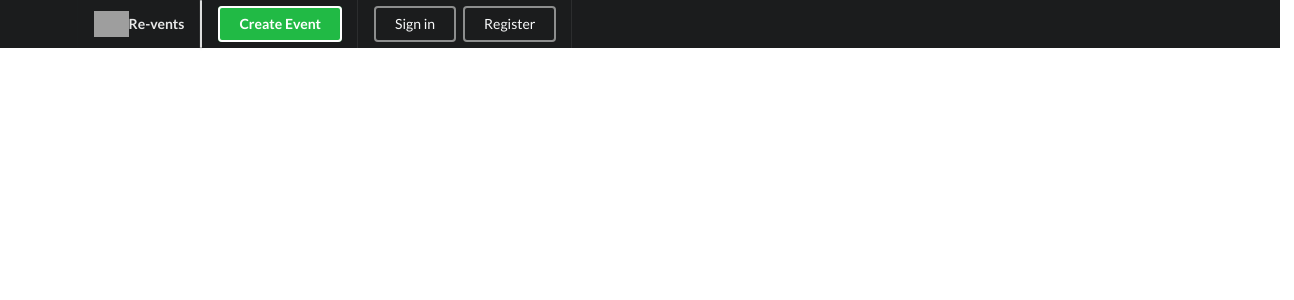
Repository: Preranabaruah/react-semantic-ui
Page: /
The author's editor kept a copy of each file at every save. The page is drawn from the files as they stood at one save, then again after the next save.
The browser window is 1280 px wide. The page is 1294 px wide, so the pictures cover 1294 px, including what lies to the right of the window. The pictures show the whole page.
Pictures or frames that could not be fetched are drawn as grey boxes. The project was rebuilt for these pictures with package versions that can differ from the ones it lists, and the page was loaded fresh each time. Also part of the build but not shown: vite.config.ts.

Above is the page before, as saved 2023-09-08 13:24:33.

After the next save:
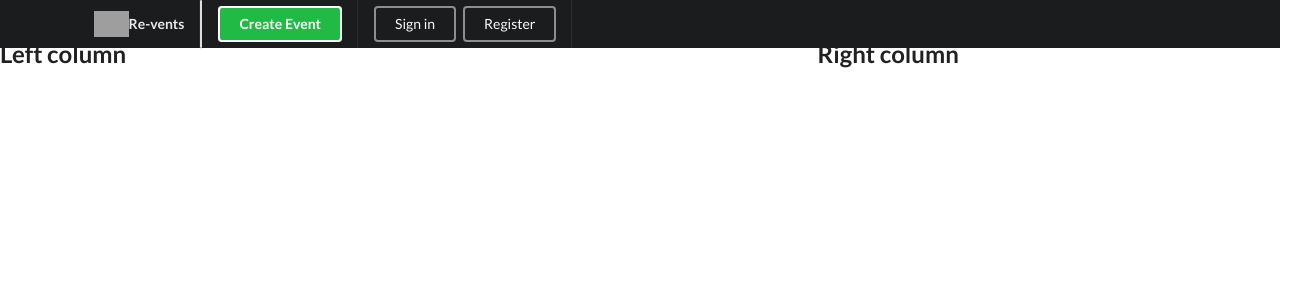
Saved 18 s later.
--- a/src/App.tsx
+++ b/src/App.tsx
@@ -5,8 +5,8 @@ function App() {
   return (
     <>
       <div>
+        <NavBar />
         <EventDashboard />
-        <NavBar />
       </div>
     </>
   );
